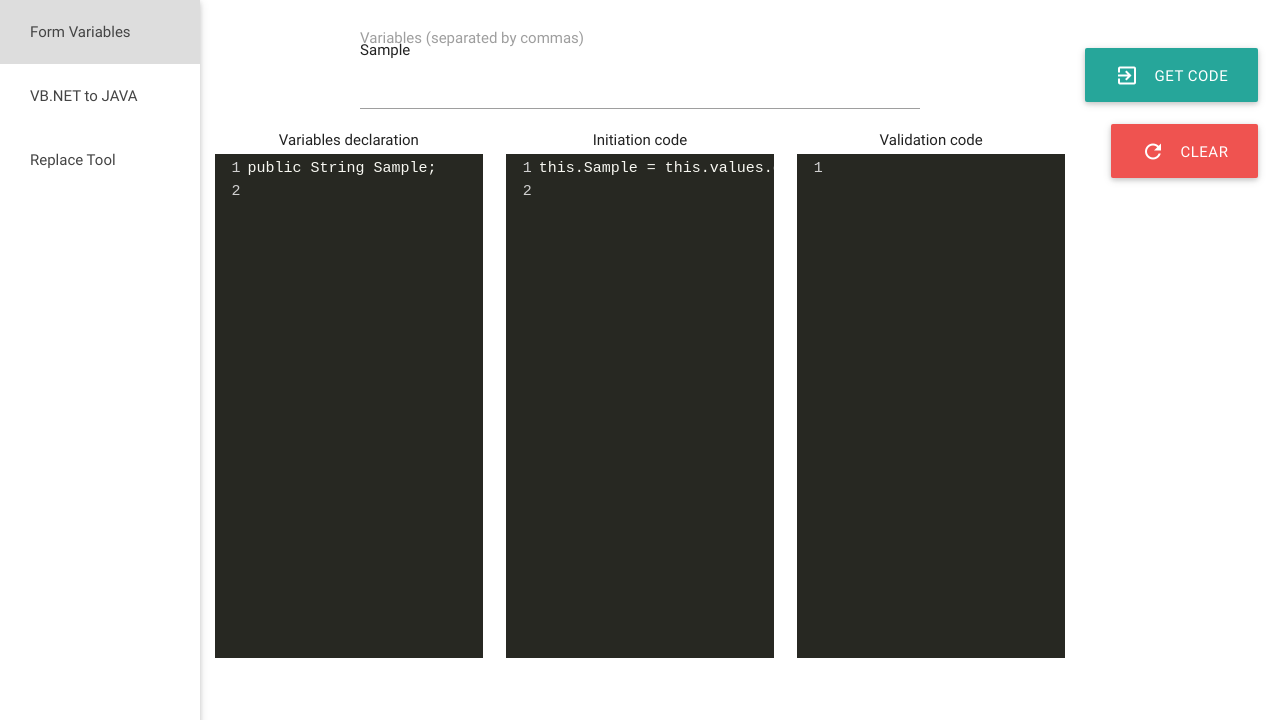
Repository: heyvin/heyvin-tools
Page: http://localhost/tools/formvars.php
The author's editor kept a record of every edit. The page is drawn from the files as they stood at one moment, then again after the next edit.
The browser window is 1280 px wide. The pictures show the whole page.
Empty fields were first filled with sample values (such as "Sample", 5 or name@example.com).
After loading, the first visible `#btnSubmit` was clicked once.
The page is run by PHP 8.4 with error messages shown; the project is at /var/www/html/.

Above is the page before.

After the next edit:
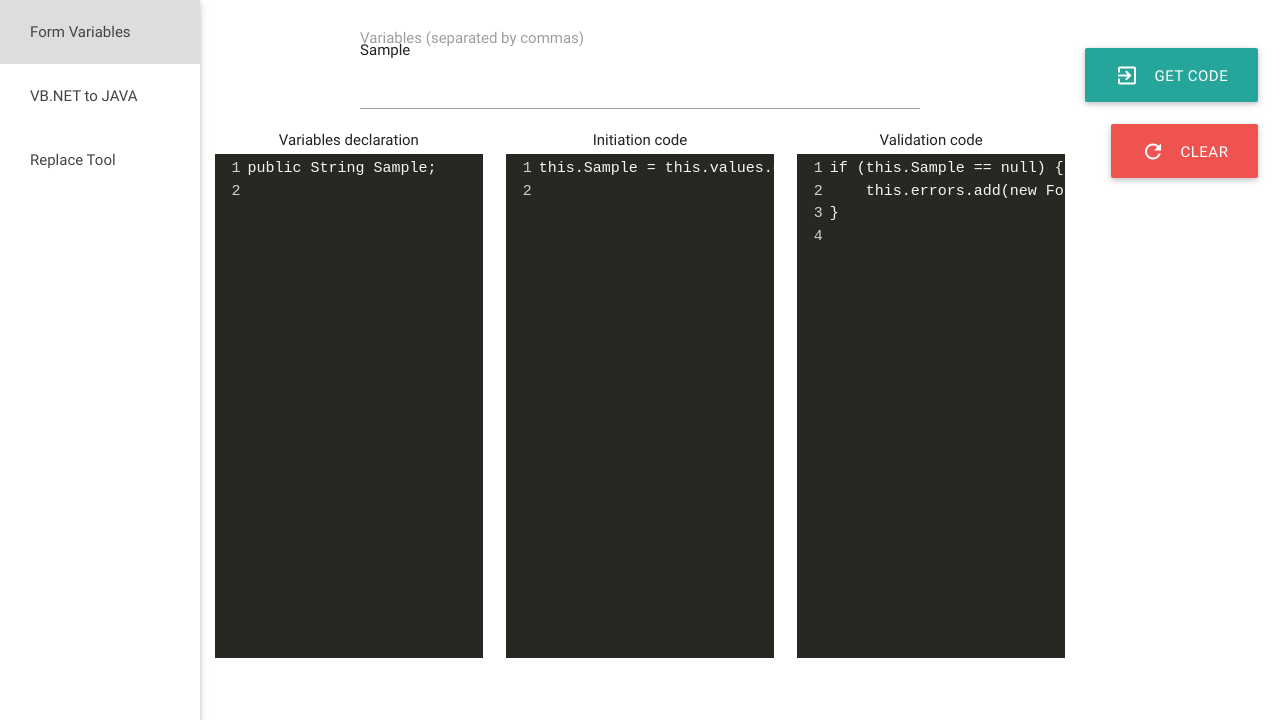
The edit:
--- a/tools/formvars.php
+++ b/tools/formvars.php
@@ -136,10 +136,7 @@
 											"this.errors.add(new FormObjectErrorMessage(\"" + arr_variables[i] +
 											"\", -1));\n" + "}\n";
 					}
-					$("#txtValidation").val(str_validation);
-					$("#txtValidation").focus();
-					$("#txtValidation").keydown();
-					$("#txtValidation").blur();
+					cmValidation.setValue(str_validation);
 
 				});
 
